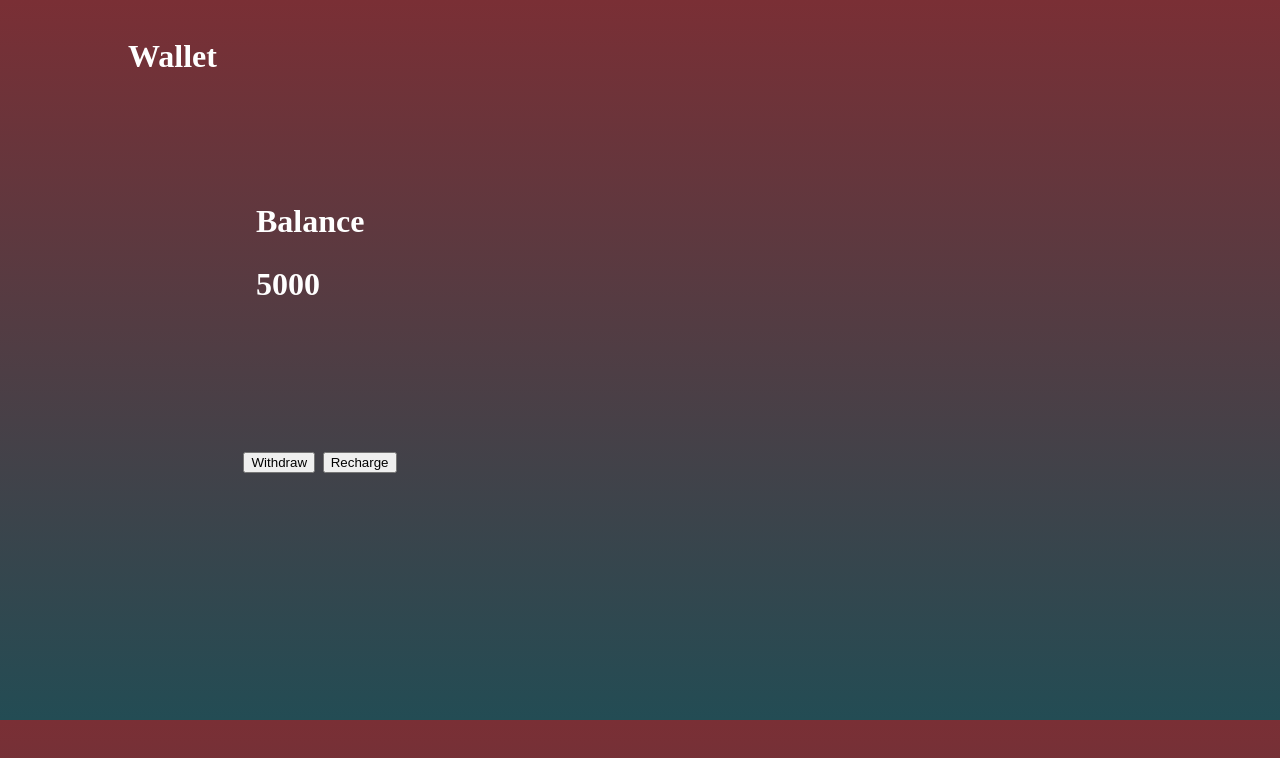
Repository: jagan607/N-Kalari
Page: /
An editor plug-in stored every save of this project. The page is shown before and after the next save, followed by the edit.
The browser window is 1280 px wide. The pictures show the whole page.
The project was rebuilt for these pictures with package versions that can differ from the ones it lists, and the page was loaded fresh each time. Also part of the build but not shown: src/App.css, src/helpers/firebase.js, src/components/Login/Login.js.

Above is the page before, as saved 2022-01-07 17:29:15.

### src/index.css
body,
html,
.App,
#root,
.main {
  width: 100%;
  height:100%;
  scroll-behavior: smooth;

}
body{
    margin: 0;
    padding: 0;
    text-align: center;
    background-image: linear-gradient(#7A2F35, #234C54);
  }

### src/App.js
import logo from './logo.svg';
import './App.css';
import React, { Component } from "react"
import Login from './components/Login/Login'
import Wallet from './components/wallet/Wallet'
import {history} from './helpers/history'
import {Router, Route, Routes } from "react-router-dom";


class App extends Component {
  constructor(props) {
    super(props);
  }

  render() {
    return(
      <div>
        {/* <Login></Login> */}

        <Wallet></Wallet>

          {/* <Route exact path="/">
          </Route> */}
          {/* <Route exact path="/wallet">
            <Wallet/>
          </Route> */}
     </div>
    );
}
}

export default App;

### src/components/wallet/Wallet.js
import React, { Component } from "react"
import styles from './index.css';

class Wallet extends Component{
    constructor(props){
        super(props);


    }

    render(){
        return(
            <div>
            <div className="balance">
            <h1 className="heading">Wallet</h1>
            <h1 className="balance-heading">Balance </h1>
            <h1 className="balance-value">5000</h1>
            </div>
            <div className="buttons">
                <button className="withdraw">Withdraw</button>
                <button className="recharge">Recharge</button>

            </div>
            </div>

        )
    }
}
export default Wallet;

### src/components/wallet/index.css
.heading{
    color: white;
    text-align: left;
    margin-left: 10%;
    margin-top: 3%;
}

.balance-heading{
    color :white;
    text-align: left;
    margin-left: 20%;
    margin-top: 10%;
}

.balance-value{
    color :white;
    text-align: left;
    margin-left: 20%;
    margin-top: 2%;
}

.buttons{
    width: 30%;
    float: left;
    margin-left: 10%;
    margin-top: 10%;
}

.withdraw{
    margin-right: 2%;
}

Loaded but not shown: public/index.html (common file); src/index.js (common file); src/reportWebVitals.js (common file); src/helpers/history.js (common file)

After the next save:
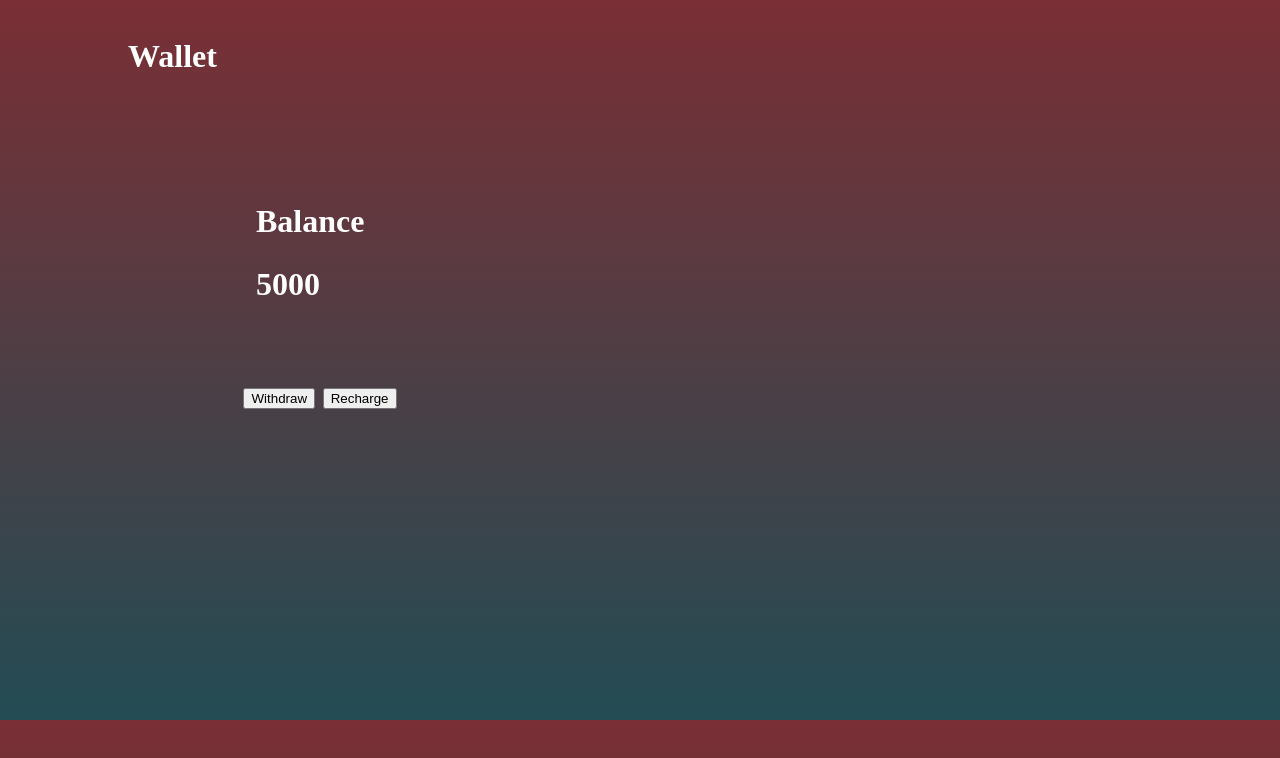
Saved 5 s later.
--- a/src/components/wallet/index.css
+++ b/src/components/wallet/index.css
@@ -23,7 +23,7 @@
     width: 30%;
     float: left;
     margin-left: 10%;
-    margin-top: 10%;
+    margin-top: 5%;
 }
 
 .withdraw{
